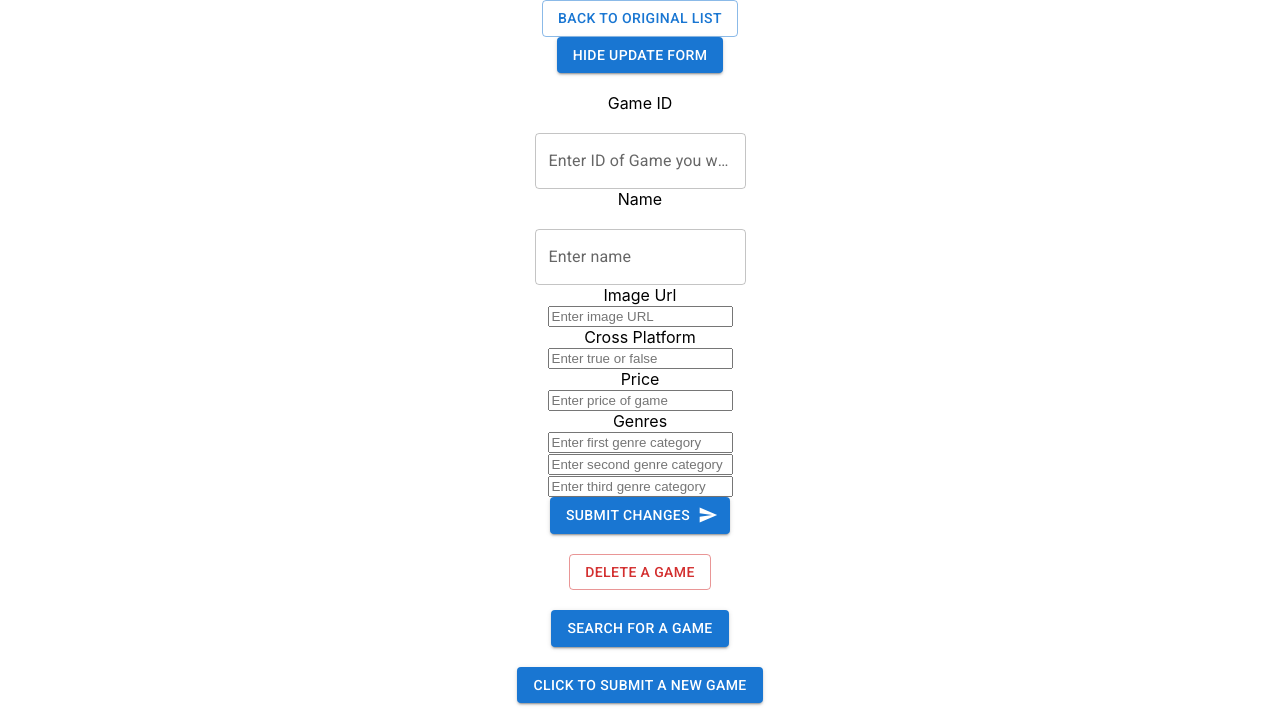
Repository: The-Software-Guild/assessment-2-react-nj10deadend
Page: / (app in Part-2/React-section/frontend/), after clicking the first element matching `button.MuiButton-contained`
An editor plug-in stored every save of this project. The page is shown before and after the next save, followed by the edit.
The browser window is 1280 px wide. The pictures show the whole page.
The page's requests for data from a server got no answer. The project was rebuilt for these pictures with package versions that can differ from the ones it lists, and the page was loaded fresh each time. No one was signed in, and anything a server would have sent is missing. Also part of the build but not shown: Part-2/React-section/frontend/src/components/GameCards.js.

Above is the page before, as saved 2021-12-19 22:24:24.

After the next save:
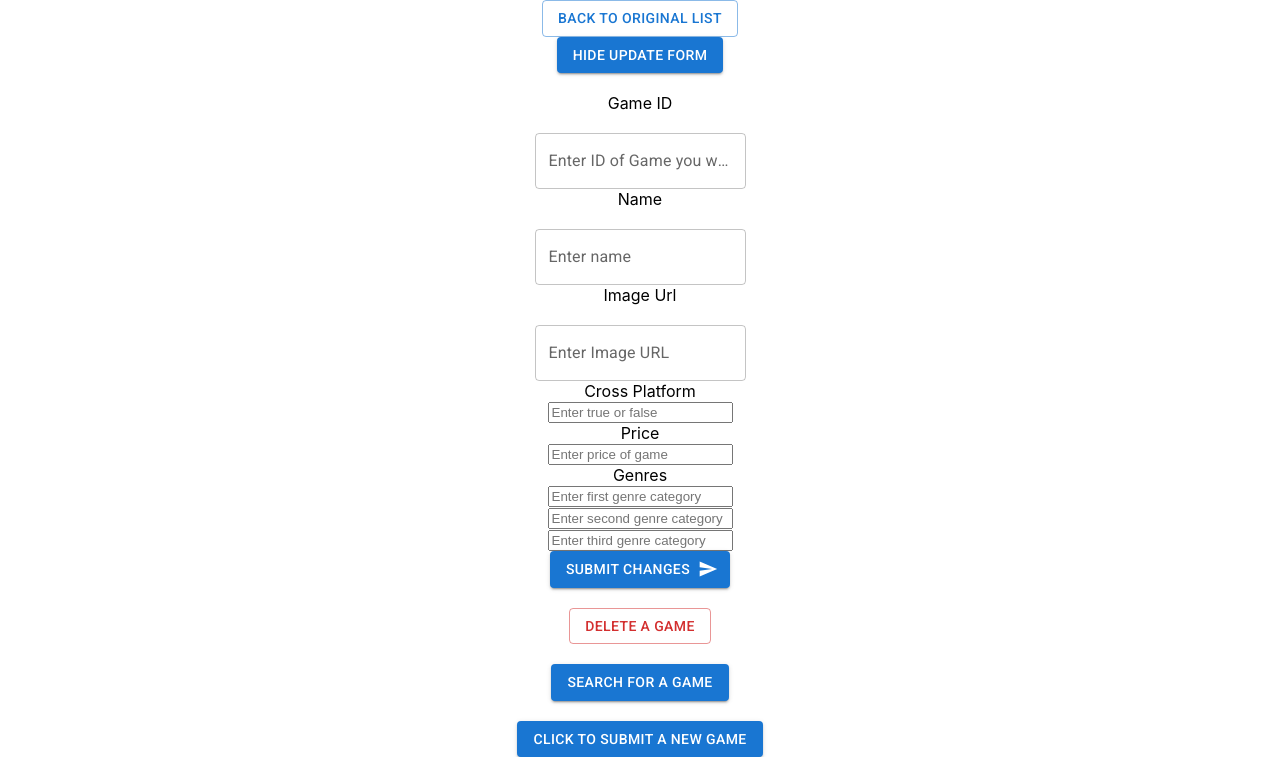
Saved 108 s later.
--- a/Part-2/React-section/frontend/src/components/UpdateGame.js
+++ b/Part-2/React-section/frontend/src/components/UpdateGame.js
@@ -68,7 +68,7 @@ function UpdateGame ({getFetchGameServer}) {
                                 <br></br>
                                 {/* <input type="text" name="name" placeholder="Enter name" id="name"
                                 value={name} onChange={(event) => {setName(event.target.value)}}/> */}
-                                <TextField id="outlined-basic1" label="Enter name"
+                                <TextField id="outlined-basic2" label="Enter name"
                                 variant="outlined"
                                 onChange={(event) => {setName(event.target.value)}}
                                 value = {name}
@@ -77,8 +77,14 @@ function UpdateGame ({getFetchGameServer}) {
                             <div>
                                 <label for="img">Image Url</label>
                                 <br></br>
-                                <input type="text" name="img" placeholder="Enter image URL" id="img"
-                                value={img} onChange={(event) => {setImg(event.target.value)}}/>
+                                <br></br>
+                                {/* <input type="text" name="img" placeholder="Enter image URL" id="img"
+                                value={img} onChange={(event) => {setImg(event.target.value)}}/> */}
+                                <TextField id="outlined-basic3" label="Enter Image URL"
+                                variant="outlined"
+                                onChange={(event) => {setImg(event.target.value)}}
+                                value = {img}
+                                />
                             </div>
                             <div>
                                 <label for="cross platform">Cross Platform</label>
